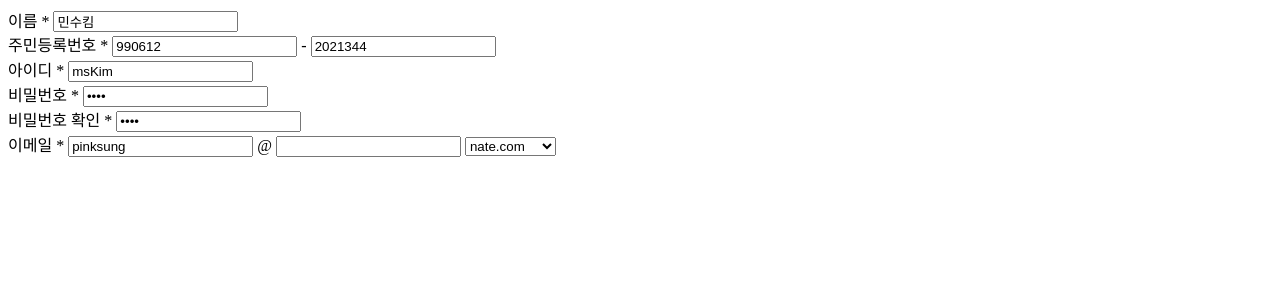
Repository: angwanghyeon/eclipse
Page: http://localhost/sec06/04_addMemberForm.jsp
An editor plug-in stored every save of this project. The page is shown before and after the next save, followed by the edit.
The browser window is 1280 px wide. The pictures show the whole page.
The page is served by Tomcat 9.

Above is the page before, as saved 2023-09-01 01:48:59.

After the next save:
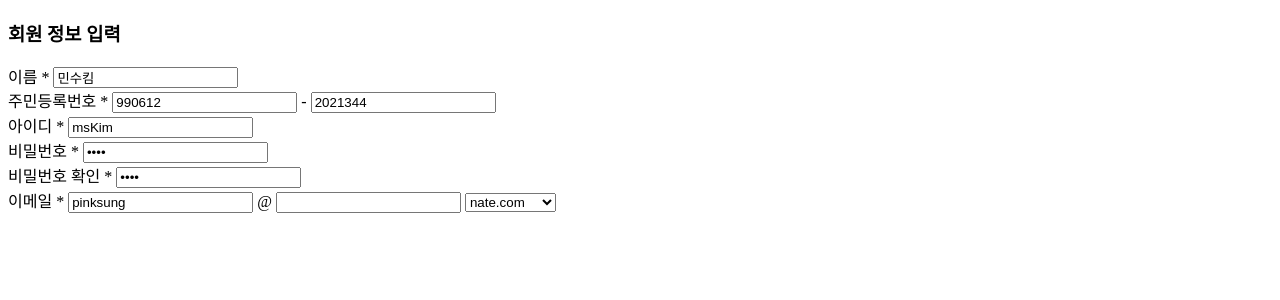
Saved 41 s later.
--- a/sec06/src/main/webapp/04_addMemberForm.jsp
+++ b/sec06/src/main/webapp/04_addMemberForm.jsp
@@ -7,6 +7,7 @@
 <title>회원가입</title>
 </head>
 <body>
+<h3>회원 정보 입력</h3>
 <form name="joinfrm" id="reg_frm" action="join">
 		<label for="name">이름</label><span> * </span>
 		<input type="text"	name="name" id="name" value="민수킴"><br> <label for="pers">주민등록번호</label><span> * </span>
